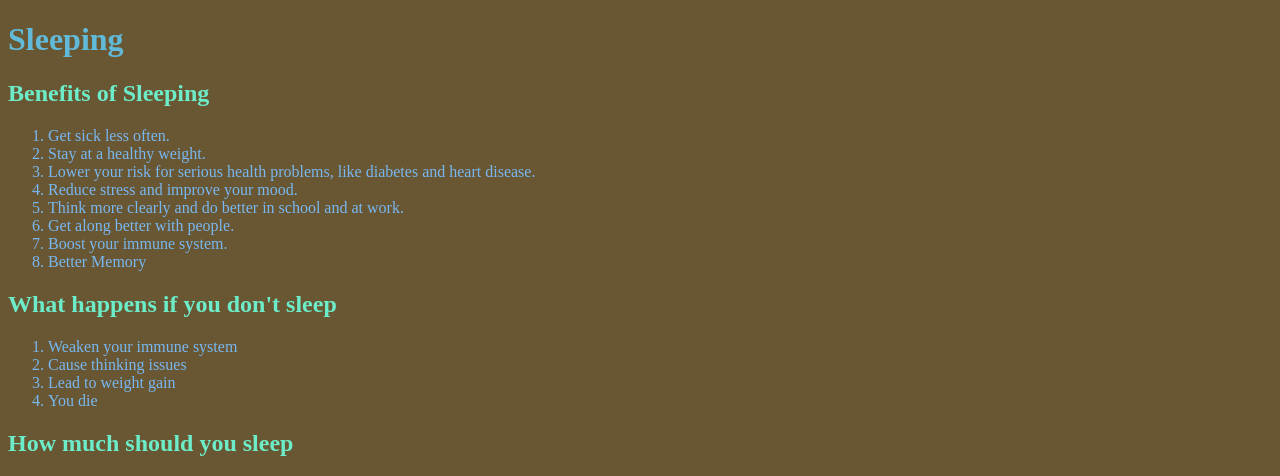
Repository: Darrenyyds/class1
Page: Myhobbies.html
The author's editor kept a copy of each file at every save. The page is drawn from the files as they stood at one save, then again after the next save.
The browser window is 1280 px wide. The pictures show the part of the page from y = 0 to 476 px (the page is 1126 px tall).
Pictures or frames that could not be fetched are drawn as grey boxes.

Above is the page before, as saved 2023-02-04 15:13:46.

After the next save:
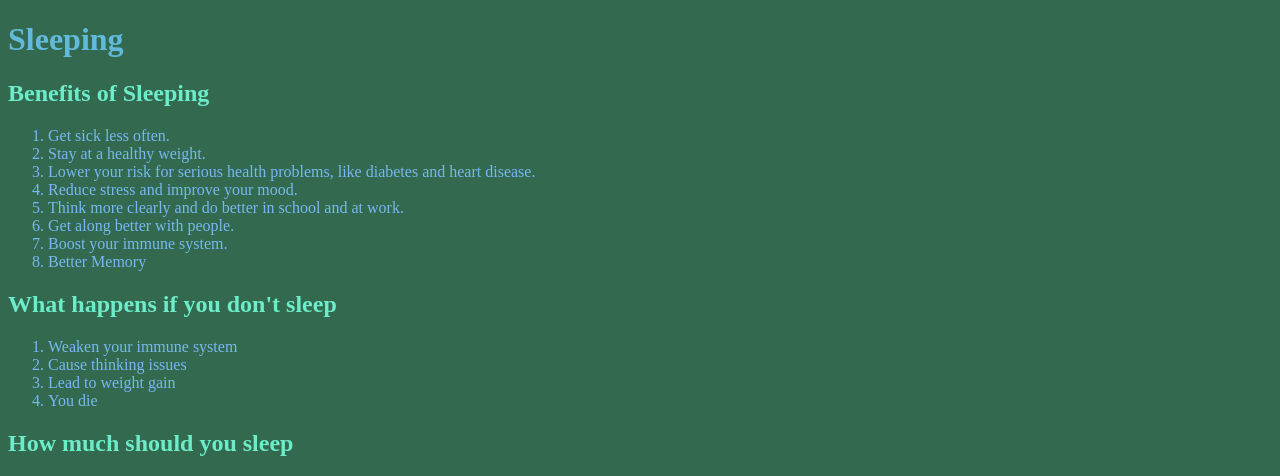
Saved 11 s later.
--- a/Myhobbies.css
+++ b/Myhobbies.css
@@ -1,5 +1,5 @@
 Body {
-  background-color: rgb(105, 86, 51);
+  background-color: rgb(51, 105, 79);
 }
 .graph {
   background-image: url(https://www.sleepdr.com/wp-content/uploads/2016/11/Sleep-Duration-Guidelines.png);
